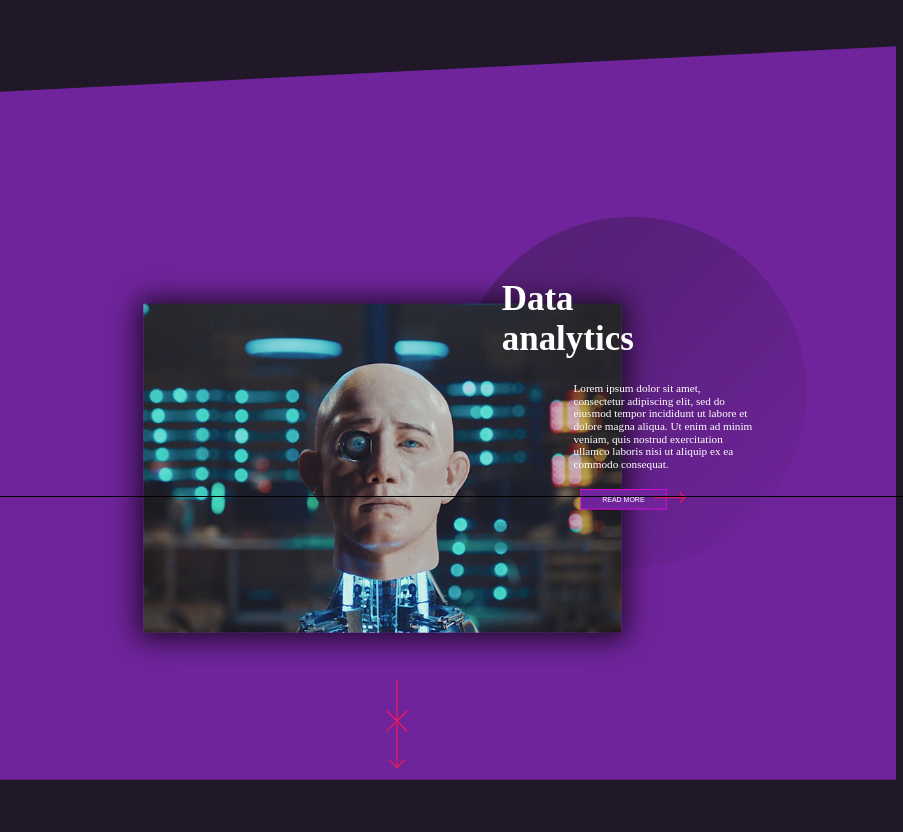
Repository: Ajtheult/King-James-Site
Page: index.html
These files come from the project's save history. The page is drawn as it stood at one moment and after the next save; the edit follows.
The browser window is 1280 px wide. The page is 1290 px wide, so the pictures cover 1290 px, including what lies to the right of the window. The pictures show the part of the page from y = 2195 to 4075 px (the page is 3384 px tall before and 4075 px after), at 70% of full size.
Some web fonts or font styles are not loaded; a fallback is used. The style sheet was rebuilt from its Sass, Less or Tailwind sources for each picture, by a compiler version that may differ from the author's.

Above is the page before, as saved 2020-08-21 13:41:26.

### index.html
<!DOCTYPE html>
<html lang="en">
  <head>
    <meta charset="UTF-8" />
    <meta name="viewport" content="width=device-width, initial-scale=1.0" />
    <!-- Font Awesome -->
    <link
      rel="stylesheet"
      href="https://use.fontawesome.com/releases/v5.7.2/css/all.css"
      integrity="sha384-fnmOCqbTlWIlj8LyTjo7mOUStjsKC4pOpQbqyi7RrhN7udi9RwhKkMHpvLbHG9Sr"
      crossorigin="anonymous"
    />
    <!-- Font Awesome -->
    <!-- Fonts -->
    <link
      href="https://fonts.googleapis.com/css2?family=Playfair+Display&display=swap"
      rel="stylesheet"
    />
    <link
      href="https://fonts.googleapis.com/css2?family=Gruppo&display=swap"
      rel="stylesheet"
    />
    <!-- Fonts -->
    <link rel="stylesheet" href="./styling/index.css" />
    <title>King James</title>
  </head>
  <body>
    <div class="box">
      <i class="fas fa-bars move_icon"></i>
      <img
        src="./kjd-fontend-test-files/kjd-assets/kjd-logo.png"
        alt="img"
        class="heading"
      />
      <img
        src="./kjd-fontend-test-files/kjd-assets/arrow-down.png"
        alt=""
        srcset=""
        class="white_arrow"
      />
    </div>
    <div class="box_two">
      <div>
        We offer an interconnected set of services to help our clients respond
        to the disruptions and seize the opportunities of the digital age.
        <button type="button">ABOUT US</button>
        <img
          src="./kjd-fontend-test-files/kjd-assets/arrow-right.png"
          alt="arrow"
          class="arrow_by_button"
        />
      </div>
    </div>
    <!-- Second section -->
    <div class="box_three">
      <img
        src="./kjd-fontend-test-files/kjd-assets/missing.png"
        alt="cross"
        class="move_cross"
      />
      <div class="text-box">
        <h1 class="title">Advertising communications</h1>
        <p>
          Lorem ipsum dolor sit amet, consectetur adipiscing elit, sed do
          eiusmod tempor incididunt ut labore et dolore magna aliqua. Ut enim ad
          minim veniam, quis nostrud exercitation ullamco laboris nisi ut
          aliquip ex ea commodo consequat.
        </p>
        <button type="button">READ MORE</button>
        <img
          src="./kjd-fontend-test-files/kjd-assets/arrow-right.png"
          alt="arrow"
          class="arrow_by_button"
        />
      </div>
      <img
        src="./kjd-fontend-test-files/kjd-assets/hex-gradient.png"
        alt="hex"
        class="move_hex"
      />
      <img
        src="./kjd-fontend-test-files/kjd-assets/arrow-glyph.png"
        alt="arrow"
        class="cross_arrow"
      />
      <img
        src="./kjd-fontend-test-files/kjd-assets/image-slider-1.jpg"
        alt="people"
        class="people"
      />
      <img
        src="./kjd-fontend-test-files/kjd-assets/glyph.png"
        alt="squiggle"
        class="squiggle"
      />
    </div>
    <div class="box_four">
      <img
        src="./kjd-fontend-test-files/kjd-assets/circle-gradient.png"
        alt="circle"
        class="circle"
      />
      <img
        src="./kjd-fontend-test-files/kjd-assets/image-slider-2.jpg"
        alt="robot"
        class="robot"
      />
      <div class="text-box-2">
        <h1 class="title_of_robot">Data analytics</h1>
        <p>
          Lorem ipsum dolor sit amet, consectetur adipiscing elit, sed do
          eiusmod tempor incididunt ut labore et dolore magna aliqua. Ut enim ad
          minim veniam, quis nostrud exercitation ullamco laboris nisi ut
          aliquip ex ea commodo consequat.
        </p>
        <button type="button">READ MORE</button>
        <img
          src="./kjd-fontend-test-files/kjd-assets/arrow-right.png"
          alt="arrow"
          class="arrow_by_button"
        />
      </div>
      <img
        src="./kjd-fontend-test-files/kjd-assets/arrow-glyph-2.png"
        alt="arrowtwo"
        class="arrow_with_cross"
      />
    </div>
    <div class="box_five"></div>
  </body>
</html>

### styling/index.scss
body {
  margin: 0;
  padding: 0;
  background-color: rgb(32, 23, 40);
}

.box {
  background-image: url(../kjd-fontend-test-files/kjd-assets/hearo-top.jpg);
  background-position: center;
  background-size: cover;
  height: 120vh;
  clip-path: polygon(0 0, 100% 0%, 100% 100%, 0 92%);
  .heading {
    color: black;
    position: absolute;
    top: 50%;
    left: 50%;
    transform: translate(-50%, -50%);
    text-align: center;
  }
  .move_icon {
    color: white;
    margin-left: 98%;
    margin-top: 1%;
  }
  .white_arrow {
    top: 95%;
    left: 50%;
    transform: translate(-50%, -50%);
    position: absolute;
  }
}

.box_two {
  background-color: rgb(111, 36, 155);
  height: 50%;
  width: 70%;
  position: absolute;
  top: 68%;
  left: 50%;
  transform: translate(-50%, -50%);
  margin-top: 420px;
  clip-path: polygon(0 0, 100% 0, 100% 87%, 0% 100%);
  div {
    font-size: 265%;
    font-family: "Playfair Display", serif;
    text-align: center;
    color: white;
    margin-top: 2%;
    position: absolute;
    padding-left: 10%;
    padding-right: 10%;
  }
  button {
    border: 1px solid rgb(255, 0, 242);
    background-color: rgb(111, 36, 155);
    color: white;
    padding: 8px 30px;
    font-size: 10px;
    position: absolute;
    transform: translate(-70%, 270%);
  }
  .arrow_by_button {
    transform: translate(30%, 340%);
  }
}

.box_three {
  margin-top: 50%;
  .move_cross {
    position: absolute;
    top: 170%;
    left: 50%;
    transform: translate(-50%, -50%);
    z-index: -1;
  }
  .move_hex {
    transform: translate(90%, -125%);
    // z-index: -1;
  }
  .people {
    transform: translate(20%, -102%);
  }
  .squiggle {
    transform: translate(20%, -720%);
  }
  .cross_arrow {
    transform: translate(50%, -300%);
  }
  .text-box {
    transform: translate(95%, -80%);
    width: 20%;
    // z-index: 2;
    .title {
      font-size: 350%;
      color: white;
    }
    p {
      color: white;
      font-family: "Gruppo", cursive;
    }
    button {
      border: 1px solid rgb(255, 0, 242);
      background-color: rgb(32, 23, 40);
      color: white;
      padding: 8px 30px;
      font-size: 10px;
      position: absolute;
      transform: translate(0%, 50%);
    }
    .arrow_by_button {
      transform: translate(230%, 130%);
    }
  }
}

.box_four {
  height: 150vh;
  background-color: rgb(111, 36, 155);
  margin-top: -100px;
  clip-path: polygon(0 9%, 150% 0%, 100% 100%, 0% 100%);
  .circle {
    position: absolute;
    transform: translate(130%, 55%);
  }
  .robot {
    transform: translate(30%, 85%);
    -webkit-box-shadow: -1px 2px 38px 7px rgba(0, 0, 0, 0.75);
    -moz-box-shadow: -1px 2px 38px 7px rgba(0, 0, 0, 0.75);
    box-shadow: -1px 2px 38px 7px rgba(0, 0, 0, 0.75);
  }
  .text-box-2 {
    transform: translate(300%, -50%);
    width: 20%;
    // z-index: 2;
    .title_of_robot {
      font-size: 312%;
      color: white;
      transform: translate(-20%, 10%);
    }
    p {
      color: white;
      font-family: "Gruppo", cursive;
      transform: translate(20%, 10%);
    }
    button {
      border: 1px solid rgb(255, 0, 242);
      background-color: rgb(111, 36, 155);
      color: white;
      padding: 8px 30px;
      font-size: 10px;
      position: absolute;
      transform: translate(50%, 80%);
    }
    .arrow_by_button {
      transform: translate(370%, 170%);
    }
  }
  .arrow_with_cross {
    float: right;
    transform: translate(-2250%, 95%);
  }
}

// Mobile
@media (max-width: 910px) {
  .box {
    background-image: url(../kjd-fontend-test-files/kjd-assets/hearo-top.jpg);
    background-position: center;
    background-size: cover;
    height: 120vh;
    clip-path: polygon(0 0, 100% 0, 100% 100%, 0 89%);
    .heading {
      color: black;
      position: absolute;
      top: 50%;
      left: 50%;
      transform: translate(-50%, -50%);
      text-align: center;
    }
    .move_icon {
      color: white;
      margin-left: 96%;
      margin-top: 1%;
    }
    .white_arrow {
      top: 93%;
      left: 50%;
      transform: translate(-50%, -50%);
      position: absolute;
    }
  }
  .box_two {
    background-color: rgb(111, 36, 155);
    height: 50%;
    width: 70%;
    position: absolute;
    top: 70%;
    left: 50%;
    transform: translate(-50%, -50%);
    margin-top: 420px;
    clip-path: polygon(0 0, 100% 0, 100% 87%, 0% 100%);
    div {
      font-size: 140%;
      font-family: "Playfair Display", serif;
      text-align: center;
      color: white;
      margin-top: 5%;
      position: absolute;
      padding-left: 10%;
      padding-right: 10%;
    }
    button {
      border: 1px solid rgb(255, 0, 242);
      background-color: rgb(111, 36, 155);
      color: white;
      padding: 8px 30px;
      font-size: 10px;
      position: absolute;
      transform: translate(-90%, 270%);
    }
    .arrow_by_button {
      transform: translate(-10%, 450%);
    }
  }
  // Box 3
  .box_three {
    margin-top: 850px;
    .move_cross {
      position: absolute;
      top: 170%;
      left: 50%;
      transform: translate(-50%, -50%);
      z-index: -1;
    }
    .move_hex {
      transform: translate(90%, -125%);
      width: 50%;
      height: 50%;
      // z-index: -1;
    }
    .people {
      transform: translate(20%, -102%);
    }
    .squiggle {
      transform: translate(20%, -720%);
    }
    .cross_arrow {
      transform: translate(50%, -300%);
    }
    .text-box {
      transform: translate(95%, -80%);
      width: 20%;
      // z-index: 2;
      .title {
        font-size: 350%;
        color: white;
      }
      p {
        color: white;
        font-family: "Gruppo", cursive;
      }
      button {
        border: 1px solid rgb(255, 0, 242);
        background-color: rgb(32, 23, 40);
        color: white;
        padding: 8px 30px;
        font-size: 10px;
        position: absolute;
        transform: translate(0%, 50%);
      }
      .arrow_by_button {
        transform: translate(230%, 130%);
      }
    }
  }

  .box_four {
    height: 100vh;
    background-color: rgb(111, 36, 155);
    margin-top: -200px;
    clip-path: polygon(0 9%, 100% 0%, 100% 100%, 0% 100%);
  }
}

After the next save:
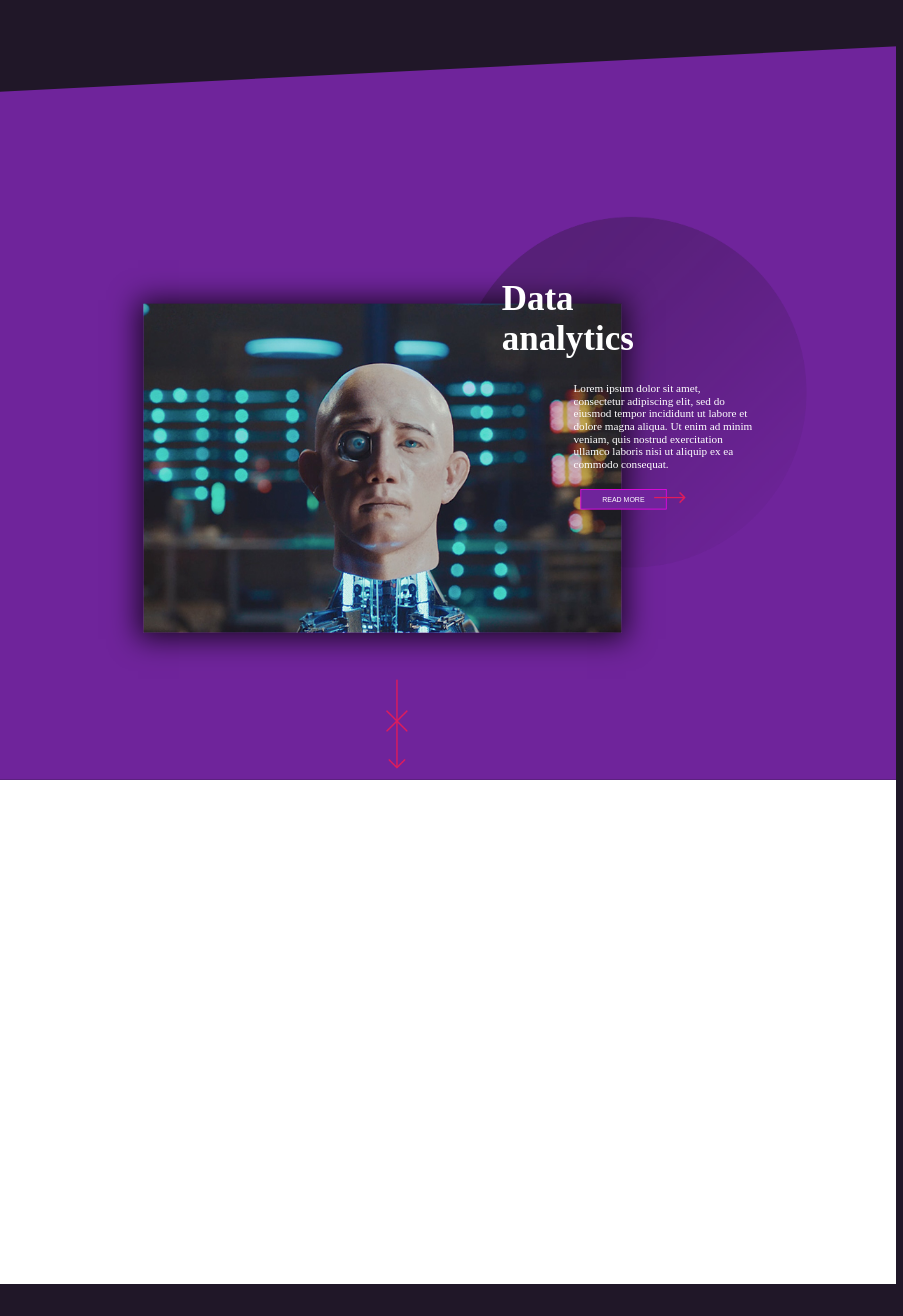
Saved 29 s later.
--- a/styling/index.scss
+++ b/styling/index.scss
@@ -162,6 +162,11 @@ body {
   }
 }
 
+.box_five {
+  height: 100vh;
+  background-color: white;
+}
+
 // Mobile
 @media (max-width: 910px) {
   .box {
